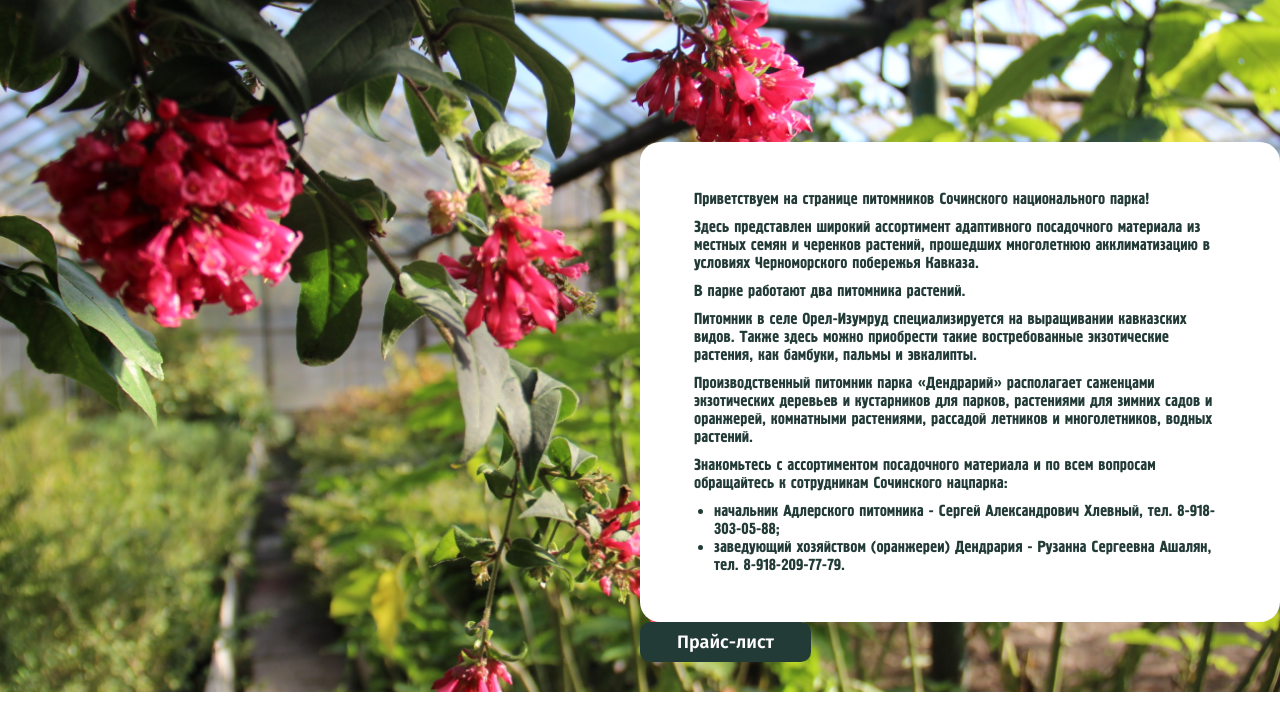
Repository: sem1103/np-sochi
Page: index.html
The author's editor kept a copy of each file at every save. The page is drawn from the files as they stood at one save, then again after the next save.
The browser window is 1280 px wide. The pictures show the whole page.

Above is the page before, as saved 2024-01-17 20:01:18.

### index.html
<!DOCTYPE html>
<html lang="en">
<head>
    <meta charset="UTF-8">
    <meta name="viewport" content="width=device-width, initial-scale=1.0">
    <title>Сочинский Национальный Парк</title>

    <link rel="stylesheet" href="styles/reset.css">
    <link rel="stylesheet" href="styles/main.css">
</head>
<body>
    <div id="page">
        <header></header>

        <main>
            <div class="top__text container">
                <div class="text__content">
                    <p>
                        Приветствуем на странице питомников Сочинского национального парка!
                    </p>
                    <p>
                        Здесь представлен широкий ассортимент адаптивного посадочного материала из местных семян и черенков растений, прошедших многолетнюю акклиматизацию в условиях Черноморского побережья Кавказа.
                    </p>
                    <p>
                        В парке работают два питомника растений.
                    </p>
                    <p>
                        Питомник в селе Орел-Изумруд специализируется на выращивании кавказских видов. Также здесь можно приобрести такие востребованные экзотические растения, как бамбуки, пальмы и эвкалипты.
                    </p>
                    <p>
                        Производственный питомник парка «Дендрарий» располагает саженцами экзотических деревьев и кустарников для парков, растениями для зимних садов и оранжерей, комнатными растениями, рассадой летников и многолетников, водных растений.
                    </p>
                    <p>
                        Знакомьтесь с ассортиментом посадочного материала и по всем вопросам обращайтесь к сотрудникам Сочинского нацпарка:
                    </p>
                    <ul>
                        <li>начальник Адлерского питомника - Сергей Александрович Хлевный, тел. <a href="tel:+79183030588">8-918-303-05-88</a>;</li>
                        <li>заведующий хозяйством (оранжереи) Дендрария - Рузанна Сергеевна Ашалян, тел. 8-918-209-77-79.</li>
                    </ul>
                </div>
                <div class="price__list">
                    <button >Прайс-лист</button>

                </div>
            </div>
        </main>

        <footer></footer>
    </div>
</body>
</html>

### styles/reset.css

:root{
    --gray: #233B37;
}
html{
    scroll-behavior: smooth;
}
html,
body,
div,
span,
applet,
object,
iframe,
h1,
h2,
h3,
h4,
h5,
h6,
p,
blockquote,
pre,
a,
abbr,
acronym,
address,
big,
cite,
code,
del,
dfn,
em,
img,
ins,
kbd,
q,
s,
samp,
small,
strike,
strong,
sub,
sup,
tt,
var,
b,
u,
i,
center,
dl,
dt,
dd,
ol,
ul,
li,
fieldset,
form,
label,
legend,
table,
caption,
tbody,
tfoot,
thead,
tr,
th,
td,
article,
aside,
canvas,
details,
embed,
figure,
figcaption,
footer,
header,
hgroup,
menu,
nav,
output,
ruby,
section,
summary,
time,
mark,
audio,
video {
    margin: 0;
    padding: 0;
    border: 0;
    font-size: 100%;
    font: inherit;
    vertical-align: baseline
}

article,
aside,
details,
figcaption,
figure,
footer,
header,
hgroup,
menu,
nav,
section {
    display: block
}

body {
    line-height: 1;
    font-family: Hermes;
}

ol,
ul {
    list-style: none
}

blockquote,
q {
    quotes: none
}

blockquote:before,
blockquote:after,
q:before,
q:after {
    content: '';
    content: none
}

table {
    border-collapse: collapse;
    border-spacing: 0
}

a {
    text-decoration: none;
    color: var(--gray);
    transition: all .3s ease-in-out
}

a:hover {
    color: #365edc;
}

* {
    box-sizing: border-box
}




.active__menu{
    opacity: .7;
    color: var(--gray);
}
#page{
    min-height: 100vh;
}

.container{
    max-width: 1160px;
    margin: auto;
    padding: 0 15px;
}
main img{
    width: 100%;
    height: auto;
}

### styles/main.css
@import url('https://fonts.googleapis.com/css2?family=Fira+Sans:wght@600&display=swap');
@font-face {
    font-family: 'Hermes';
    src: url('font/hermes.ttf'),
    url(font/hermes.woff),
    url(font/hermes.woff2) ;

}

.container{
    max-width: 1652px;
    margin: 0 auto;
}
main{
    background: url(../img/main-bg.png) center/cover;
}
p, li{
    font: 16px 'Hermes';
    color: var(--gray);
}
p{
    margin: 0 0 10px 0;
}
.top__text{
    padding: 142px 0 30px 0;
}
.text__content{
    padding: 48px 54px;
    background-color: #fff;
    width: 50%;
    margin: 0 0 0 auto;
    border-radius: 20px;
}
li{
    list-style: disc;
    margin: 0 0 0 20px;
}
.price__list{
    width: 50%;
    margin: 0 0 0 auto;
}
.price__list button{
    padding: 9px 37px;
    font: 600 18px 'Fira Sans';
    margin: 0;
    background: var(--gray);
    color: #fff;
    border: 0;
    border-radius: 10px;
}

After the next save:
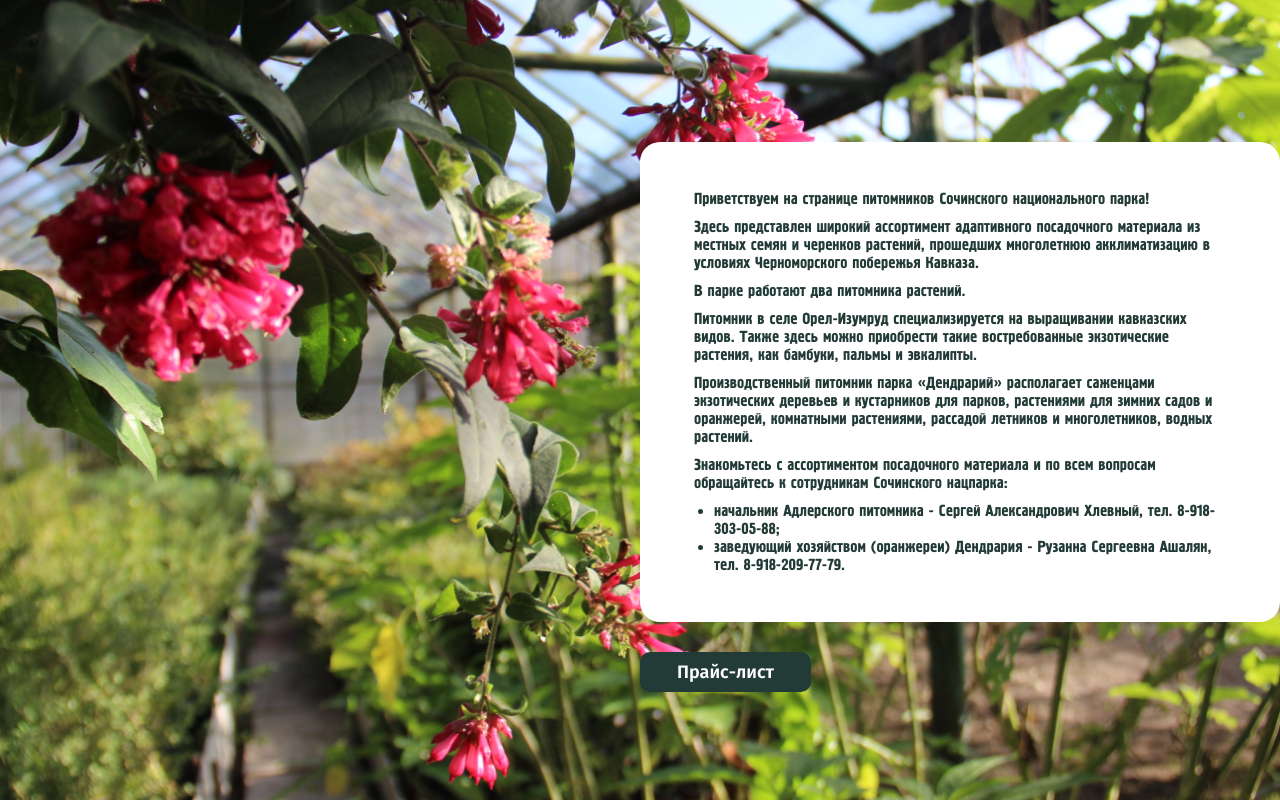
Saved 37 s later.
--- a/styles/main.css
+++ b/styles/main.css
@@ -22,13 +22,13 @@ p{
     margin: 0 0 10px 0;
 }
 .top__text{
-    padding: 142px 0 30px 0;
+    padding: 142px 0 108px 0;
 }
 .text__content{
     padding: 48px 54px;
     background-color: #fff;
     width: 50%;
-    margin: 0 0 0 auto;
+    margin: 0 0 30px auto;
     border-radius: 20px;
 }
 li{
